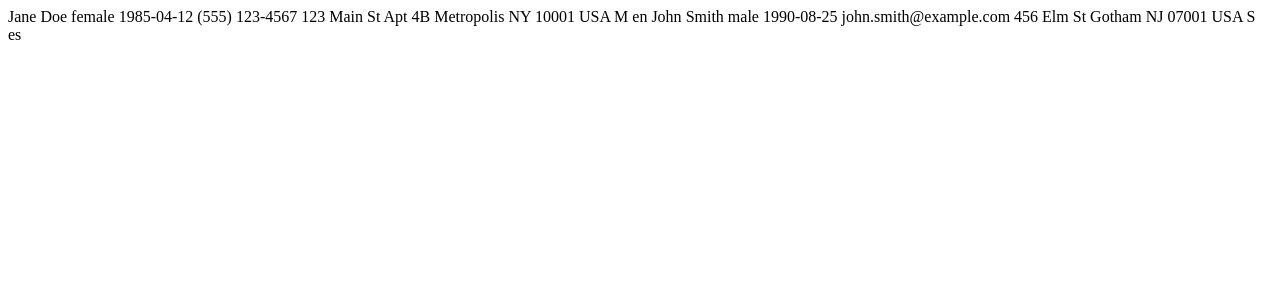
Repository: Laniz/Mapping-project
Page: http://localhost/Best Notes/public/index.php
An editor plug-in stored every save of this project. The page is shown before and after the next save, followed by the edit.
The browser window is 1280 px wide. The pictures show the whole page.
The page is run by PHP 8.4 with error messages shown; the project is at /var/www/html/.

Above is the page before, as saved 2025-06-09 21:38:52.

After the next save:
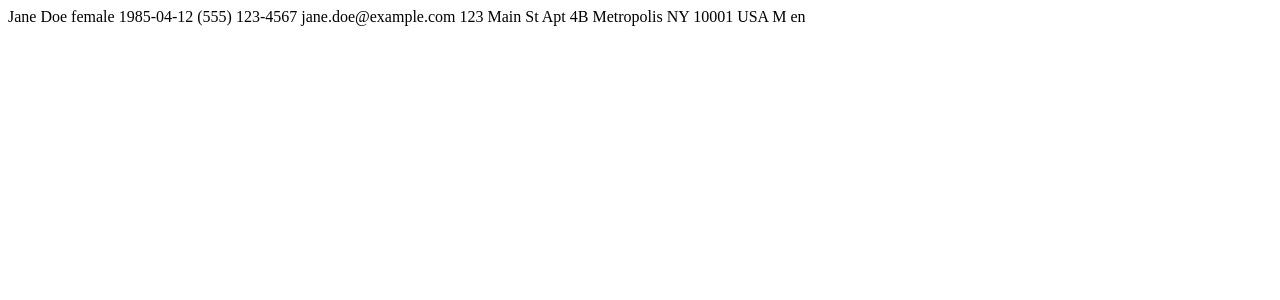
Saved 2 min 22 s later.
--- a/Best Notes/public/index.php
+++ b/Best Notes/public/index.php
@@ -12,7 +12,7 @@ $doc = new DOMDocument('1.0', 'UTF-8');
 $doc->formatOutput = true;
 
 // Path to the input JSON file (can be a single Patient or a Bundle)
-$inputPath = __DIR__ . '/../FHIR-Multi-Patient.json'; // or change to FHIR-Patient-example.json
+$inputPath = __DIR__ . '/../FHIR-Patient-Full.json'; // or change to FHIR-Patient-example.json
 
 // Load FHIR data from file as JSON text
 $json = file_get_contents($inputPath);
